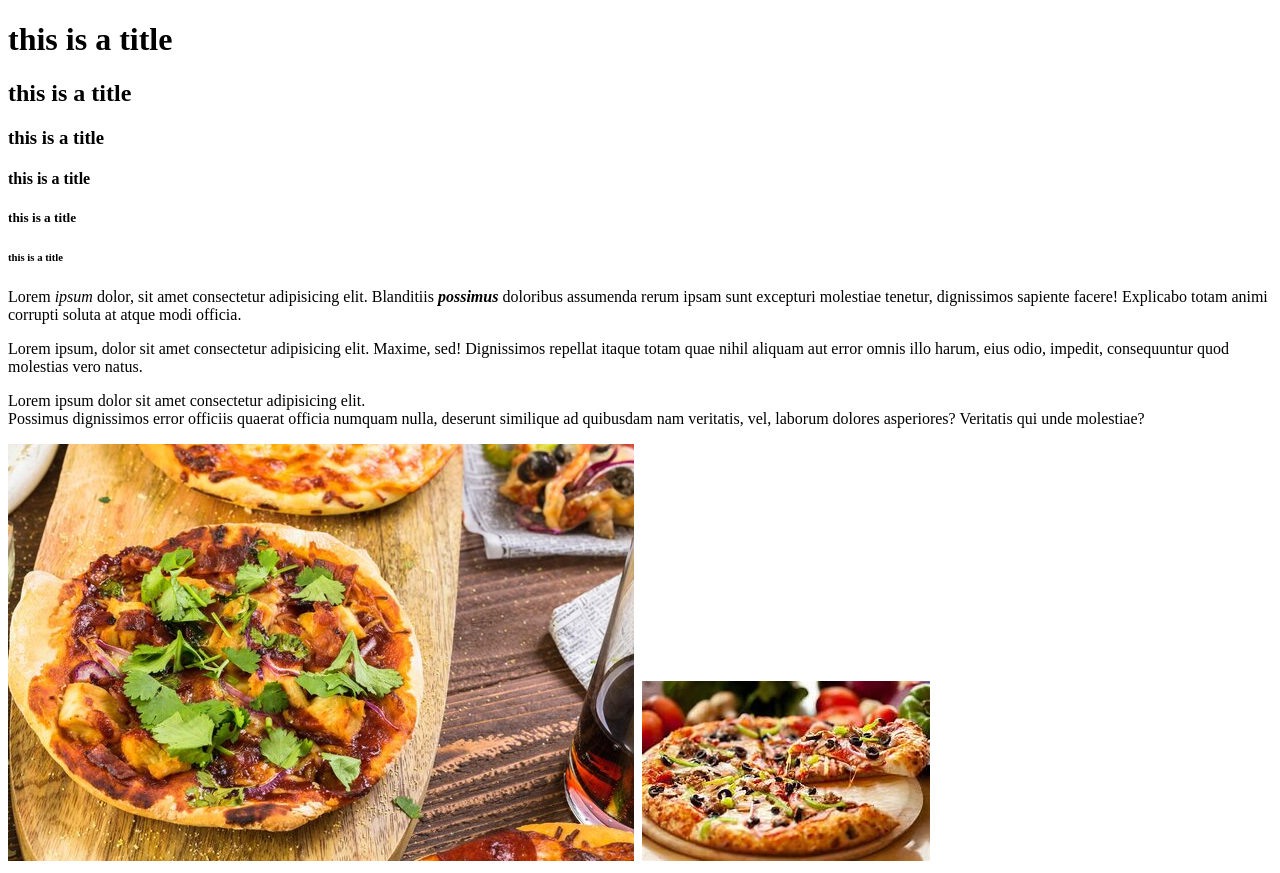
Repository: KelaiAffaf/luffy-courses
Page: index.html
These files come from the project's save history. The page is drawn as it stood at one moment and after a run of saves; the edit follows.
The browser window is 1280 px wide. The pictures show the whole page.

Above is the page before, as saved 2024-01-03 14:58:45.
Not found: images//coding.avif

After the next 9 saves:
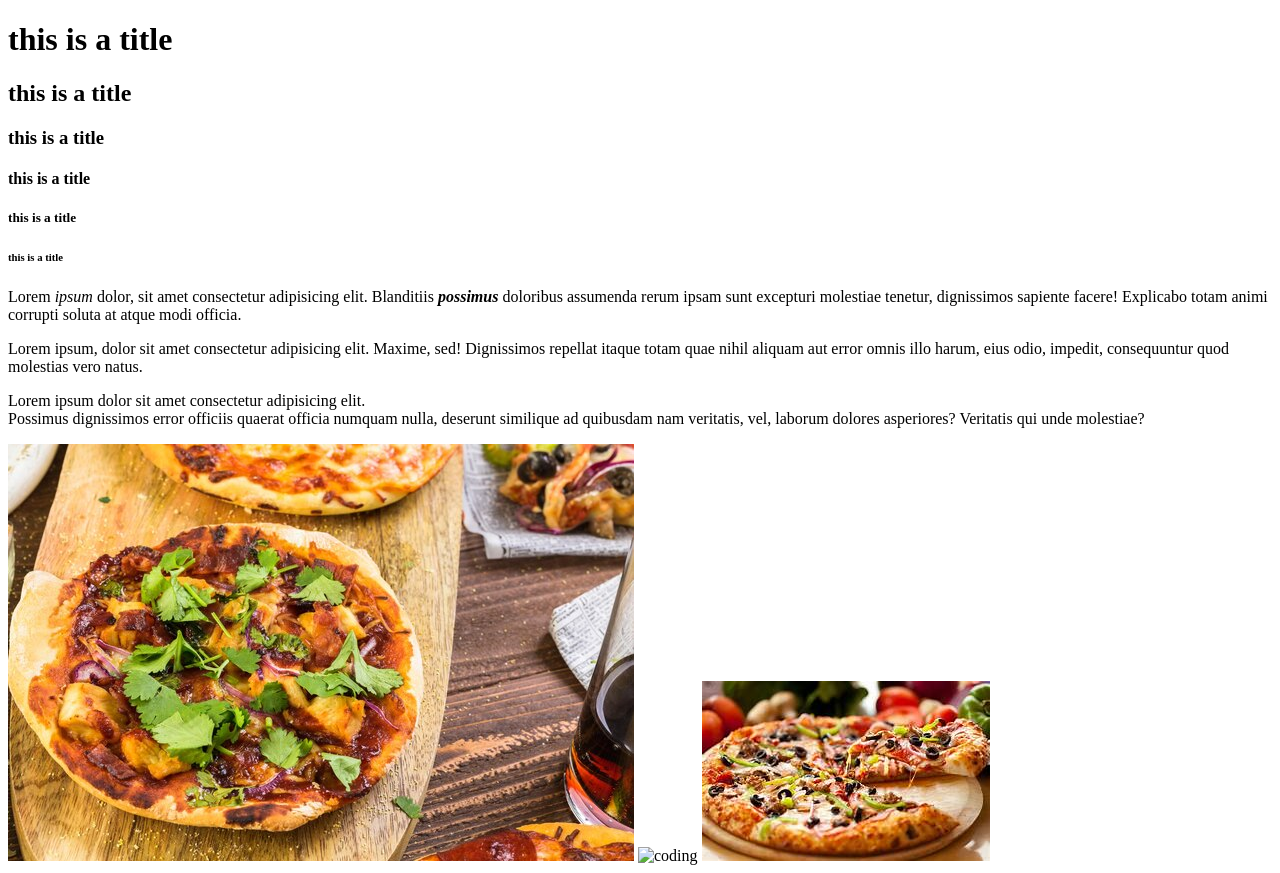
Not found: images/voding.avif
The 9 saves are shown as one change because they came seconds apart.
The last was saved 23 s later.
--- a/index.html
+++ b/index.html
@@ -40,7 +40,7 @@
         absolute links : file:///Users/mac/Desktop/fullstack/HTML+CSS/index.html
      -->
     <img src="./images/1.jpg" alt="1">
-    <img src="./images//coding.avif" alt="">
+    <img src="./images/voding.avif" alt="coding">
     <img src="./images/pizza3.jpg" alt="">
 </body>
 </html>
